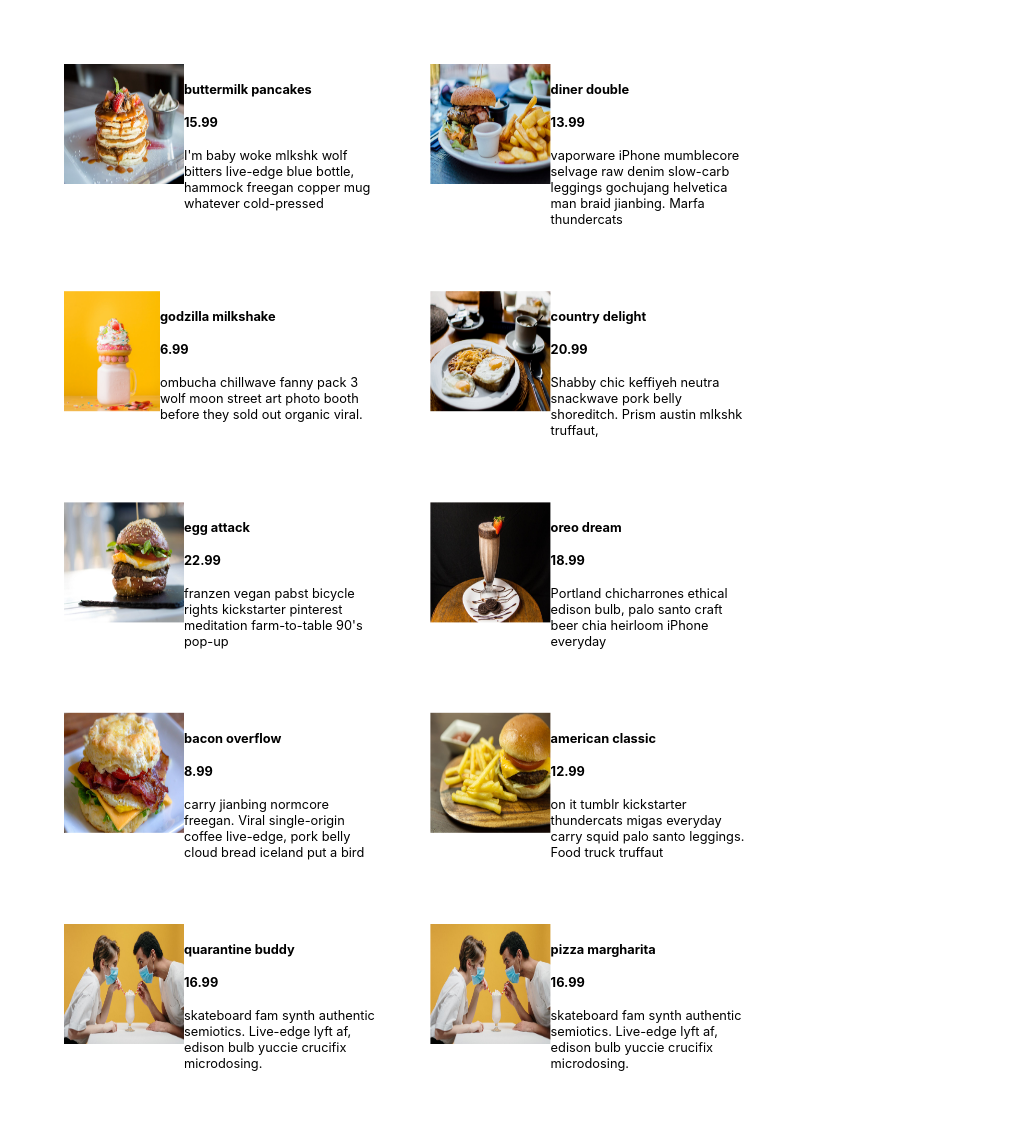
Repository: gligor99/menu-ts-react
Page: /
An editor plug-in stored every save of this project. The page is shown before and after the next save, followed by the edit.
The browser window is 1280 px wide. The pictures show the whole page, at 80% of full size.
The project was rebuilt for these pictures with package versions that can differ from the ones it lists, and the page was loaded fresh each time.

Above is the page before, as saved 2021-11-24 22:59:10.

### src/App.tsx
import { useState } from "react";
import Menu from "./components/Menu";
import items from "./data";

export type ItemsProps = {
  id: number;
  title: string;
  category: string;
  price: number;
  img: string;
  desc: string;
};

function App() {
  const [menuItems, setMenuItems] = useState<ItemsProps[]>(items);

  return (
    <div className="App">
      <Menu items={menuItems} />
    </div>
  );
}

export default App;

### src/components/Menu.tsx
import { ItemsProps } from "../App";
import '../index.css'

type Props = {
  items: ItemsProps[];
};

const Menu: React.FC<Props> = ({ items }) => {
  console.log(items);

  return (
    <div className="section-center">
      {items.map((item) => {
        return (
          <article className="menu-item" key={item.id}>
            <img src={item.img} alt={item.title} />
            <div className="item-info">
                <header>
                    <h4 className="title">{item.title}</h4>
                    <h4 className="price">{item.price}</h4>
                </header>
                <p className="item-text">{item.desc}</p>
            </div>
          </article>
        );
      })}
    </div>
  );
};

export default Menu;

### src/data.ts
const menu = [
    {
      id: 1,
      title: 'buttermilk pancakes',
      category: 'breakfast',
      price: 15.99,
      img: './images/item-1.jpeg',
      desc: `I'm baby woke mlkshk wolf bitters live-edge blue bottle, hammock freegan copper mug whatever cold-pressed `,
    },
    {
      id: 2,
      title: 'diner double',
      category: 'lunch',
      price: 13.99,
      img: './images/item-2.jpeg',
      desc: `vaporware iPhone mumblecore selvage raw denim slow-carb leggings gochujang helvetica man braid jianbing. Marfa thundercats `,
    },
    {
      id: 3,
      title: 'godzilla milkshake',
      category: 'shakes',
      price: 6.99,
      img: './images/item-3.jpeg',
      desc: `ombucha chillwave fanny pack 3 wolf moon street art photo booth before they sold out organic viral.`,
    },
    {
      id: 4,
      title: 'country delight',
      category: 'breakfast',
      price: 20.99,
      img: './images/item-4.jpeg',
      desc: `Shabby chic keffiyeh neutra snackwave pork belly shoreditch. Prism austin mlkshk truffaut, `,
    },
    {
      id: 5,
      title: 'egg attack',
      category: 'lunch',
      price: 22.99,
      img: './images/item-5.jpeg',
      desc: `franzen vegan pabst bicycle rights kickstarter pinterest meditation farm-to-table 90's pop-up `,
    },
    {
      id: 6,
      title: 'oreo dream',
      category: 'shakes',
      price: 18.99,
      img: './images/item-6.jpeg',
      desc: `Portland chicharrones ethical edison bulb, palo santo craft beer chia heirloom iPhone everyday`,
    },
    {
      id: 7,
      title: 'bacon overflow',
      category: 'breakfast',
      price: 8.99,
      img: './images/item-7.jpeg',
      desc: `carry jianbing normcore freegan. Viral single-origin coffee live-edge, pork belly cloud bread iceland put a bird `,
    },
    {
      id: 8,
      title: 'american classic',
      category: 'lunch',
      price: 12.99,
      img: './images/item-8.jpeg',
      desc: `on it tumblr kickstarter thundercats migas everyday carry squid palo santo leggings. Food truck truffaut  `,
    },
    {
      id: 9,
      title: 'quarantine buddy',
      category: 'shakes',
      price: 16.99,
      img: './images/item-9.jpeg',
      desc: `skateboard fam synth authentic semiotics. Live-edge lyft af, edison bulb yuccie crucifix microdosing.`,
    },
    {
      id: 10,
      title: 'pizza margharita',
      category: 'dinner',
      price: 16.99,
      img: './images/item-9.jpeg',
      desc: `skateboard fam synth authentic semiotics. Live-edge lyft af, edison bulb yuccie crucifix microdosing.`,
    },


  ];
  export default menu;

### src/index.css
body {
  margin: 0;
  font-family: -apple-system, BlinkMacSystemFont, 'Segoe UI', 'Roboto', 'Oxygen',
    'Ubuntu', 'Cantarell', 'Fira Sans', 'Droid Sans', 'Helvetica Neue',
    sans-serif;
  -webkit-font-smoothing: antialiased;
  -moz-osx-font-smoothing: grayscale;
}

code {
  font-family: source-code-pro, Menlo, Monaco, Consolas, 'Courier New',
    monospace;
}

.section-center {
  display: flex;
  flex-wrap: wrap;
  flex-direction: row;
  justify-content: flex-start;
  padding: 2em;
  margin: 1em;
}

.menu-item{
  padding: 2em;
  display: flex;
  flex-direction: row;
  width: 33.3%;
}


img{
  height: 150px;
  width: 150px;
}

Loaded but not shown: public/index.html (common file); src/index.tsx (common file)

After the next save:
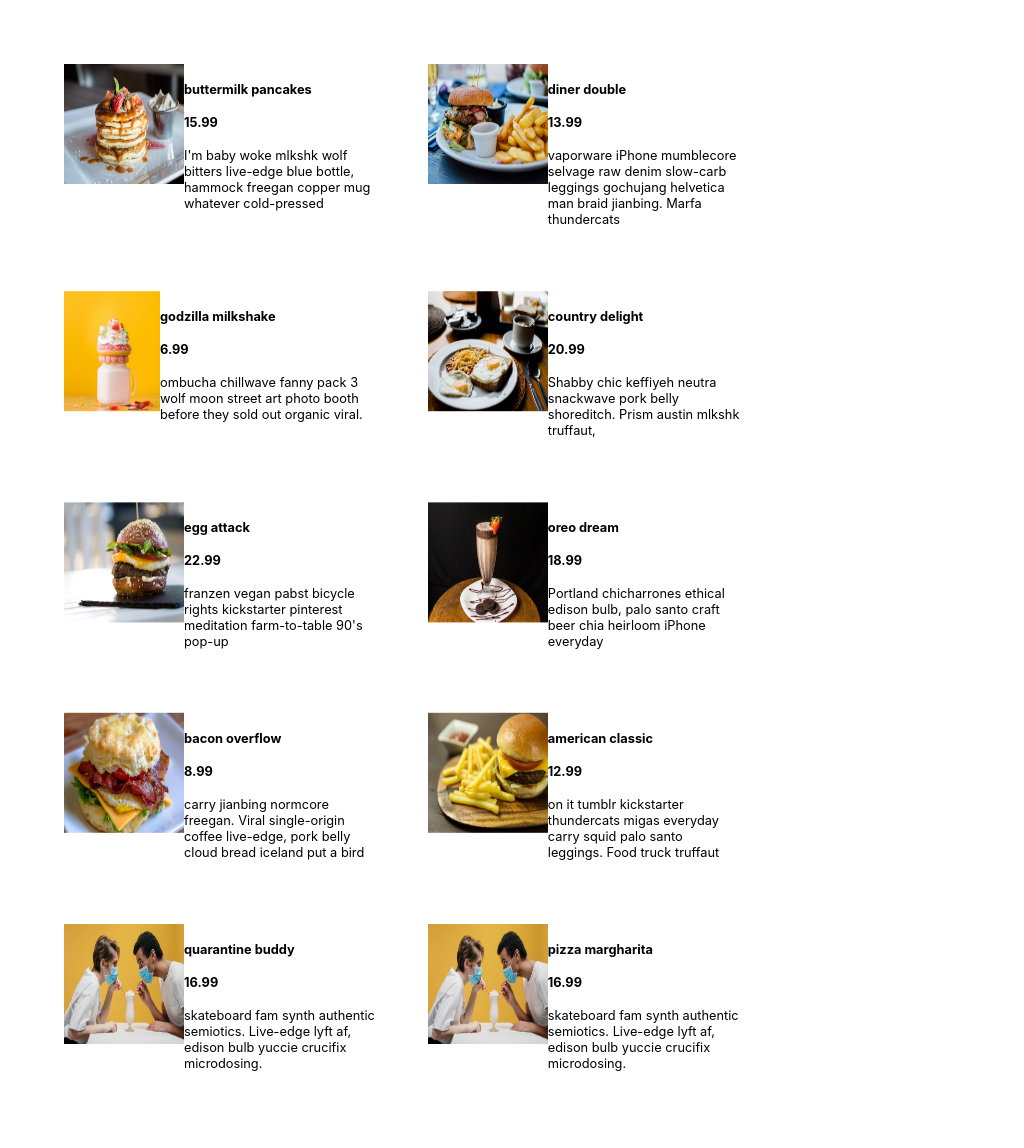
Saved 7 s later.
--- a/src/index.css
+++ b/src/index.css
@@ -25,7 +25,7 @@ code {
   padding: 2em;
   display: flex;
   flex-direction: row;
-  width: 33.3%;
+  width: 33%;
 }
 
 
